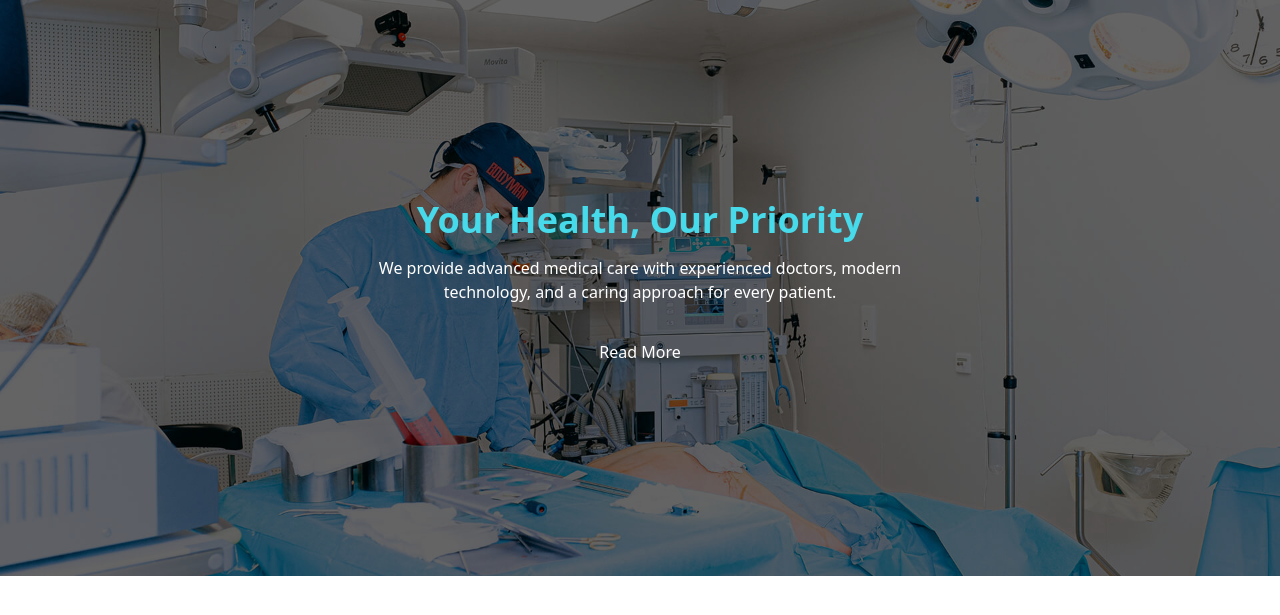
Repository: ahmedkhaleddev02-del/DoctorAppointment-MERN
Page: / (app in frontend/frontend/)
An editor plug-in stored every save of this project. The page is shown before and after the next save, followed by the edit.
The browser window is 1280 px wide. The pictures show the whole page.
The project was rebuilt for these pictures with package versions that can differ from the ones it lists, and the page was loaded fresh each time.

Above is the page before, as saved 2025-07-27 17:51:30.

After the next save:
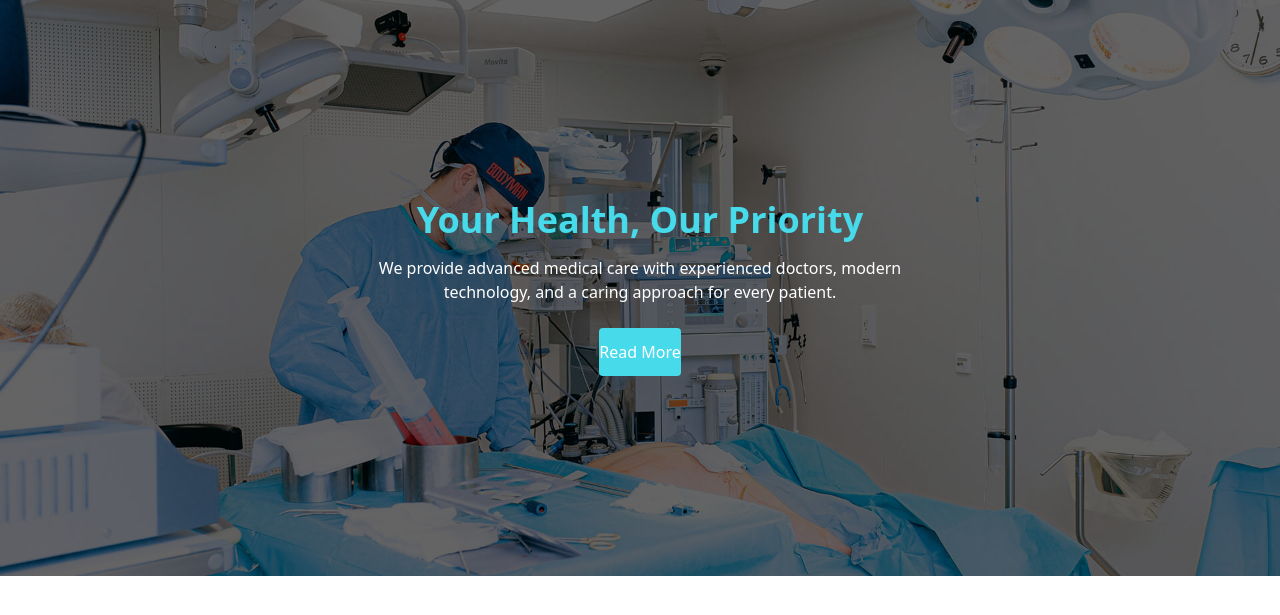
Saved 11 s later.
--- a/frontend/frontend/src/components/HeroSlider.jsx
+++ b/frontend/frontend/src/components/HeroSlider.jsx
@@ -53,10 +53,10 @@
 
              <p className="max-w-xl">{slide.text}</p>
 
-             <a className="mt-6 inline-block  py-3 rounded ">
+             <button className="mt-6 inline-block  py-3 rounded ">
               Read More
 
-             </a>
+             </button>
 
                 </div>
 
